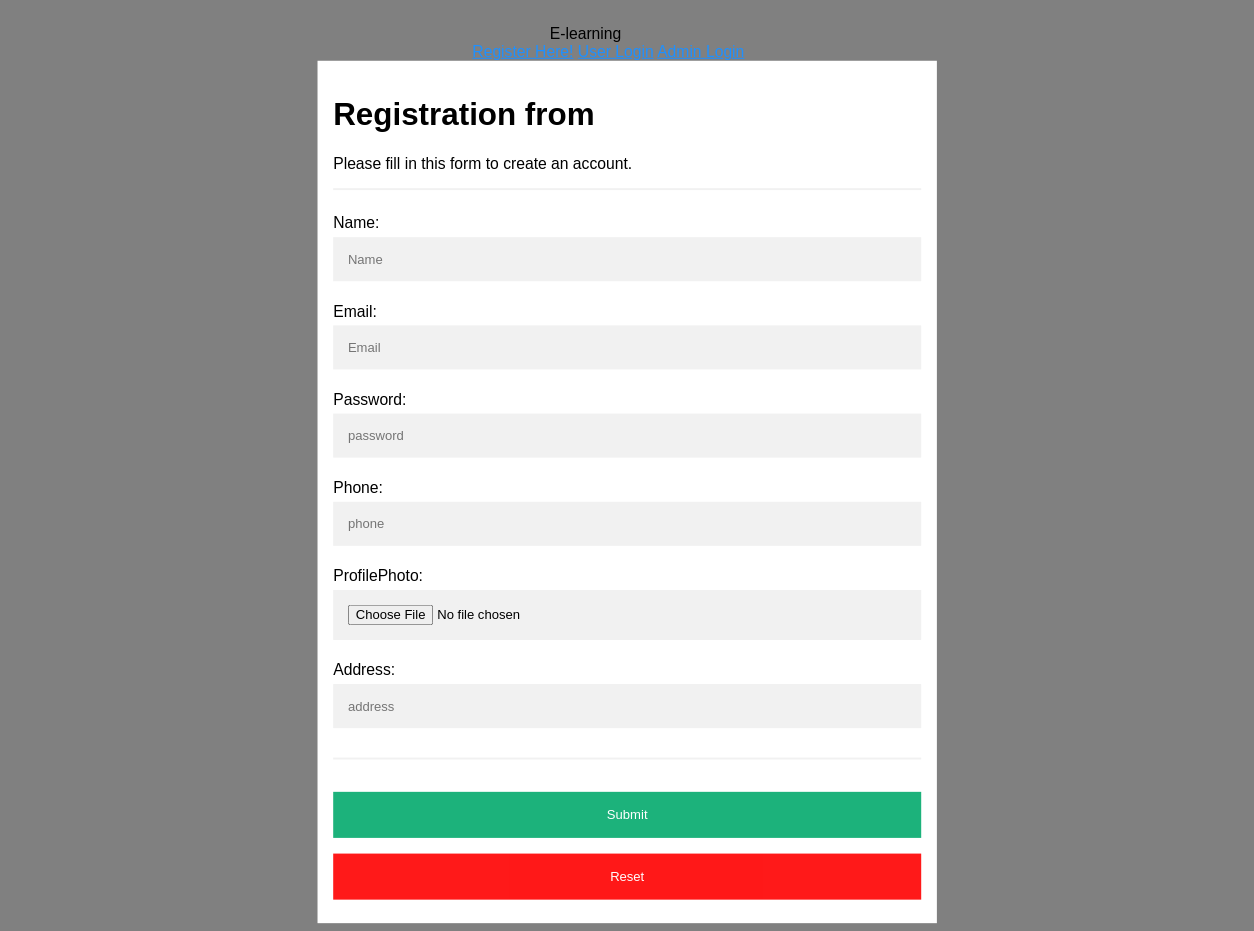
Repository: hemanthchallacs/learning_spring_boot
Page: http://localhost/RegistrationForm
These files come from the project's save history. The page is drawn as it stood at one moment and after the next save; the edit follows.
The browser window is 1280 px wide. The pictures show the whole page, at 98% of full size.
The page is this project's Thymeleaf template; nobody is signed in. The template is opened directly, without the code that normally fills it, so the values that code supplies are empty.

Above is the page before, as saved 2021-07-12 18:22:43.

After the next save:
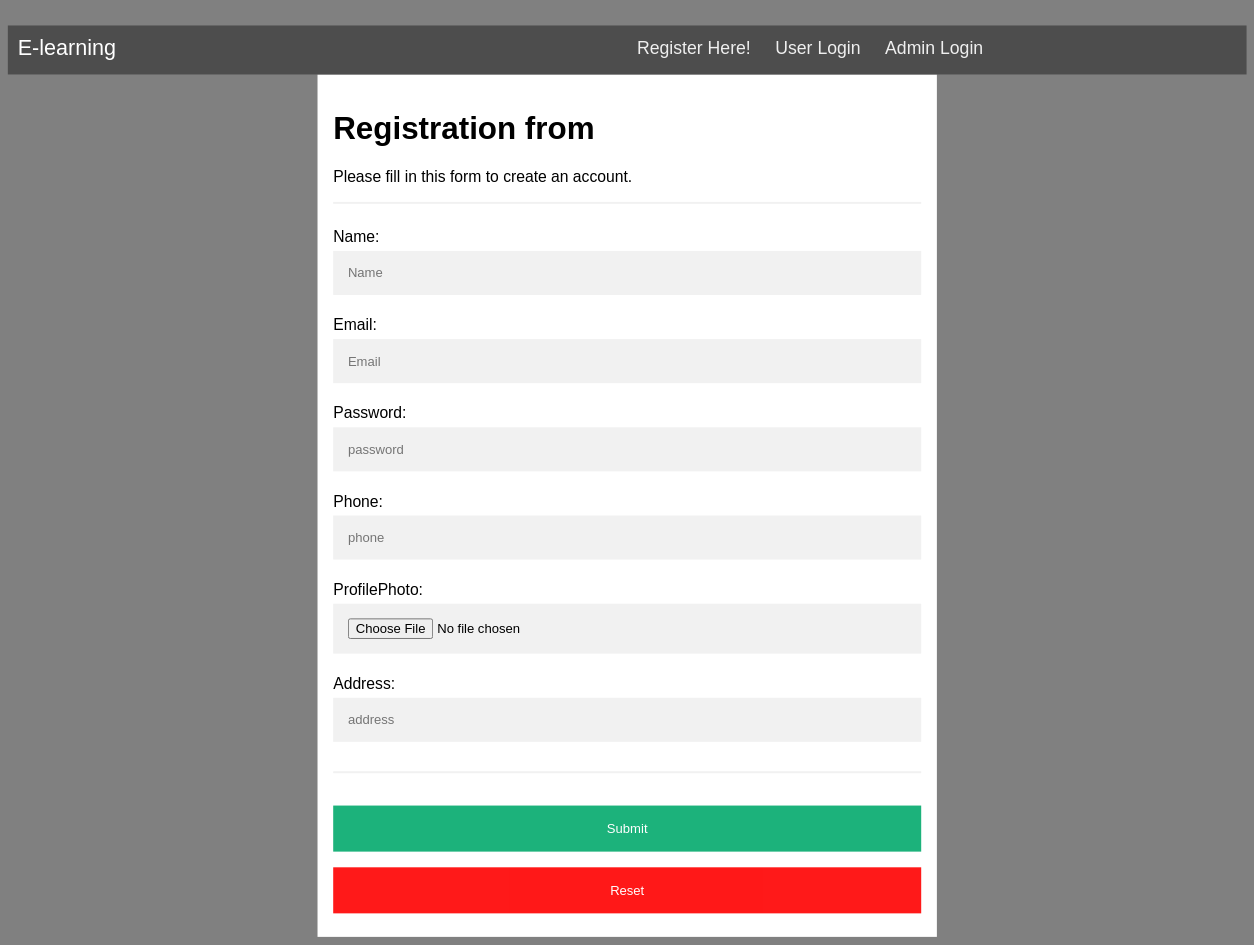
Saved 72 s later.
--- a/ver1_elearning/src/main/resources/templates/RegistrationForm.html
+++ b/ver1_elearning/src/main/resources/templates/RegistrationForm.html
@@ -5,8 +5,114 @@
 <title>Registration from</title>
 <style>
 
-.100{
-width:100%;
+.nav {
+  height: 50px;
+  width: 100%;
+  background-color: #4d4d4d;
+  position: relative;
+}
+
+.nav > .nav-header {
+  display: inline;
+}
+
+.nav > .nav-header > .nav-title {
+  display: inline-block;
+  font-size: 22px;
+  color: #fff;
+  padding: 10px 10px 10px 10px;
+}
+
+.nav > .nav-btn {
+  display: none;
+}
+
+.nav > .nav-links {
+  display: inline;
+  float: right;
+  font-size: 18px;
+}
+
+.nav > .nav-links > a {
+  display: inline-block;
+  padding: 13px 10px 13px 10px;
+  text-decoration: none;
+  color: #efefef;
+}
+
+.nav > .nav-links > a:hover {
+  background-color: rgba(0, 0, 0, 0.3);
+}
+
+.nav > #nav-check {
+  display: none;
+}
+
+@media (max-width:600px) {
+  .nav > .nav-btn {
+    display: inline-block;
+    position: absolute;
+    right: 0px;
+    top: 0px;
+  }
+  .nav > .nav-btn > label {
+    display: inline-block;
+    width: 50px;
+    height: 50px;
+    padding: 13px;
+  }
+  .nav > .nav-btn > label:hover,.nav  #nav-check:checked ~ .nav-btn > label {
+    background-color: rgba(0, 0, 0, 0.3);
+  }
+  .nav > .nav-btn > label > span {
+    display: block;
+    width: 25px;
+    height: 10px;
+    border-top: 2px solid #eee;
+  }
+  .nav > .nav-links {
+    position: absolute;
+    display: block;
+    width: 100%;
+    background-color: #333;
+    height: 0px;
+    transition: all 0.3s ease-in;
+    overflow-y: hidden;
+    top: 50px;
+    left: 0px;
+  }
+  .nav > .nav-links > a {
+    display: block;
+    width: 100%;
+  }
+  .nav > #nav-check:not(:checked) ~ .nav-links {
+    height: 0px;
+  }
+  .nav > #nav-check:checked ~ .nav-links {
+    height: calc(100vh - 50px);
+    overflow-y: auto;
+  }
+}
+
+.alert {
+  padding: 20px;
+  background-color: green;
+  color: white;
+}
+
+.closebtn {
+  margin-left: 15px;
+  color: white;
+  font-weight: bold;
+  float: right;
+  font-size: 22px;
+  line-height: 20px;
+  cursor: pointer;
+  transition: 0.3s;
+}
+
+.closebtn:hover {
+  color: black;
 }
 div {
 
@@ -105,7 +211,7 @@ a {
 
 <br>
 
-<div class="nav">
+<div class="nav" >
 
   <div class="nav-header">
     <div class="nav-title">
